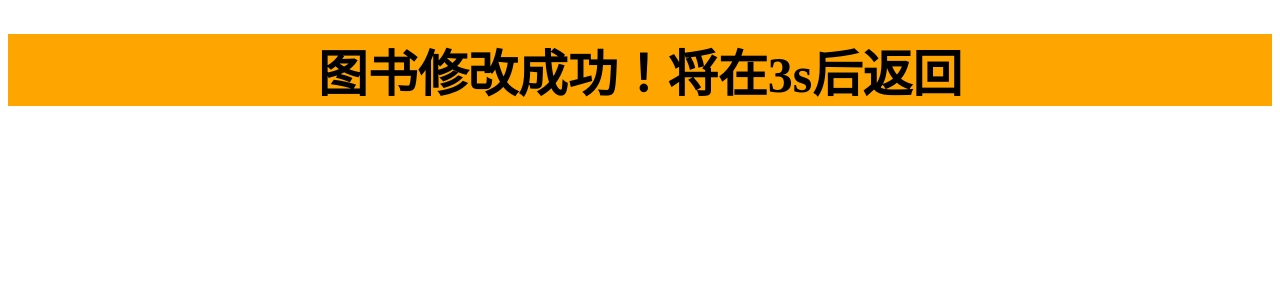
Repository: Rainbow-Chua/learningcode
Page: http://localhost/MyBookManager/modifyBookFailed.jsp
These files come from the project's save history. The page is drawn as it stood at one moment and after the next save; the edit follows.
The browser window is 1280 px wide. The pictures show the whole page.
The page is served by Tomcat 9.

Above is the page before, as saved 2017-11-21 13:04:34.

After the next save:
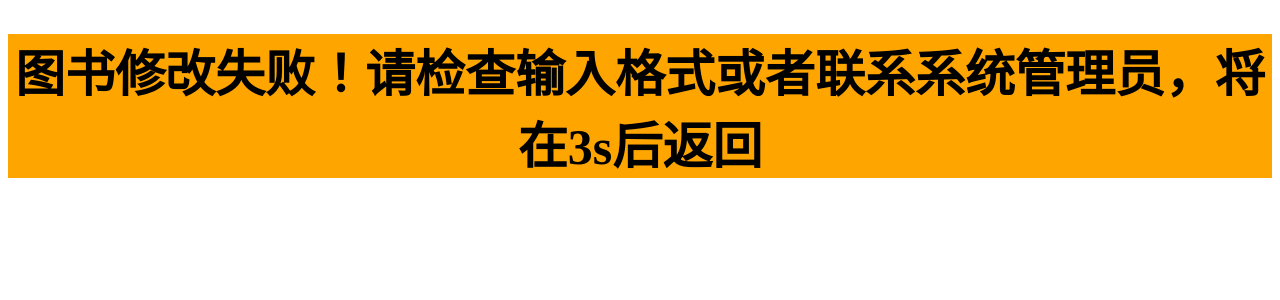
Saved 119 s later.
--- a/MyBookManager/WebContent/modifyBookFailed.jsp
+++ b/MyBookManager/WebContent/modifyBookFailed.jsp
@@ -15,7 +15,7 @@
 </head>
 <body>
 	<div class="h">
-		<h1 style="font-size: 50px; font-weight: bold; color: black;">图书修改成功！将在3s后返回</h1>
+		<h1 style="font-size: 50px; font-weight: bold; color: black;">图书修改失败！请检查输入格式或者联系系统管理员，将在3s后返回</h1>
 	</div>
 	<%response.setHeader("REFRESH","3;url=BookManager.jsp"); %>
 </body>
